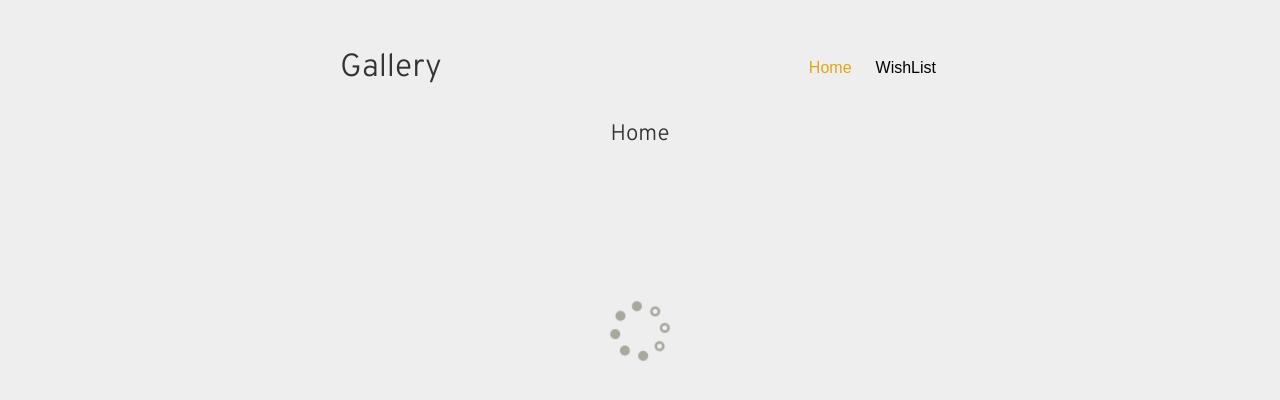
Repository: azwick/image-gallery
Page: /
The author's editor kept a copy of each file at every save. The page is drawn from the files as they stood at one save, then again after the next save.
The browser window is 1280 px wide. The pictures show the whole page.
The page's requests for data from a server got no answer. The project was rebuilt for these pictures with package versions that can differ from the ones it lists, and the page was loaded fresh each time. No one was signed in, and anything a server would have sent is missing. Also part of the build but not shown: vite.config.ts, src/components/ImageListItem.tsx, src/FavoritesView.tsx, src/components/imageList.scss, src/components/ImageList.tsx.

Above is the page before, as saved 2023-12-14 15:05:25.

After the next save:
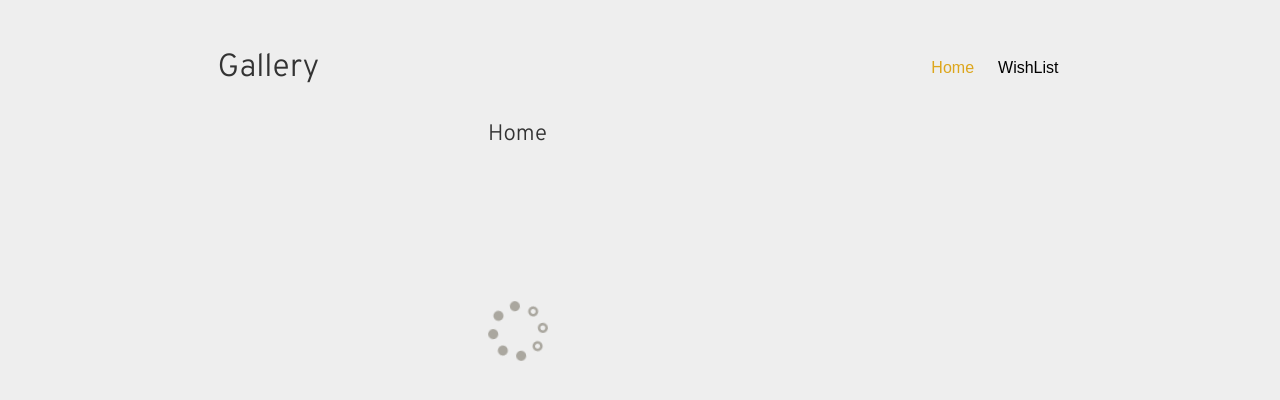
Saved 43 s later.
--- a/src/styles/styles.scss
+++ b/src/styles/styles.scss
@@ -65,6 +65,10 @@ button {
     width: var(--contentSize);
   }
 
+  @media (min-width: 960px) {
+    width: 845px;
+  }
+
   &-title {
     font-weight: 300;
     font-size: 2rem;
